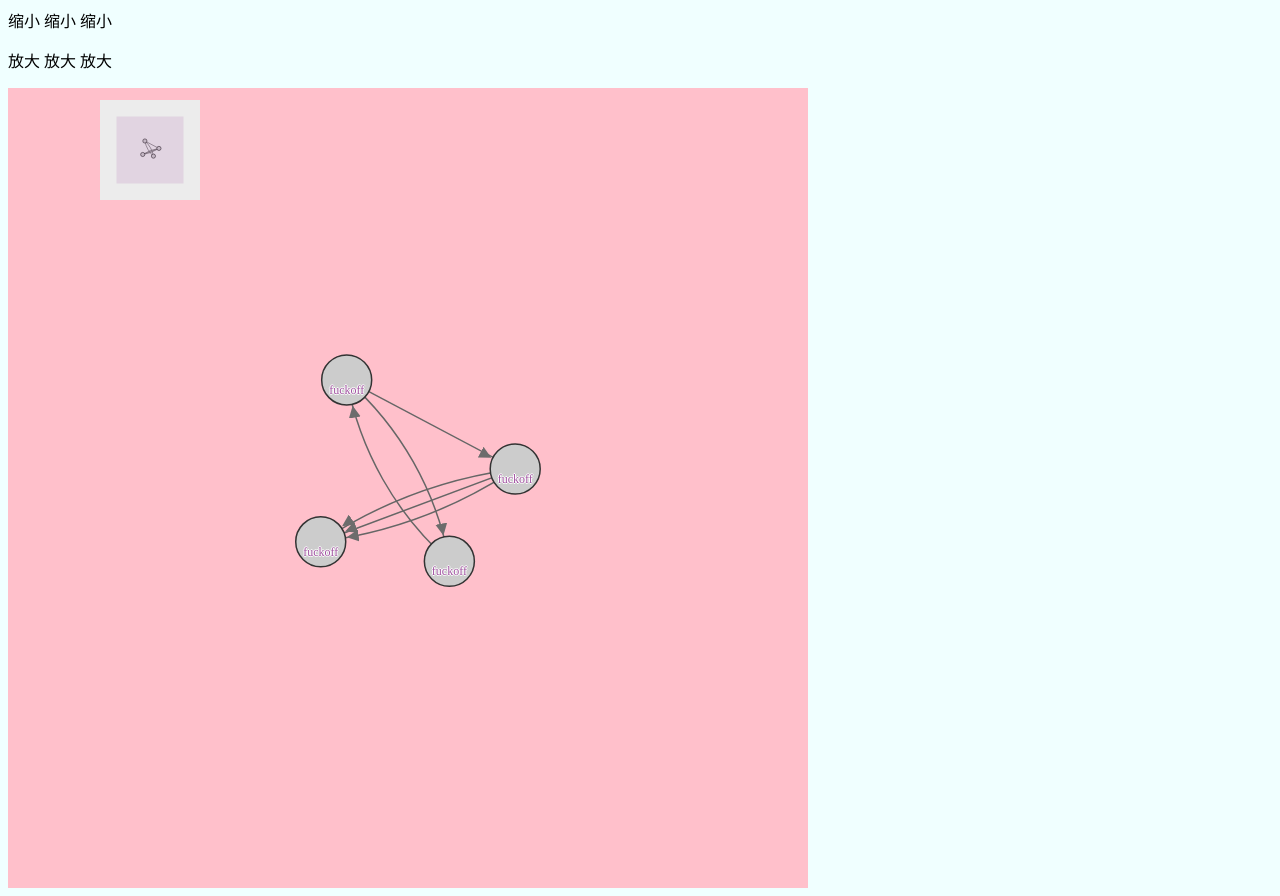
Repository: 467469274/fource
Page: index.html
The author's editor kept a copy of each file at every save. The page is drawn from the files as they stood at one save, then again after the next save.
The browser window is 1280 px wide. The pictures show the whole page.
Some web libraries are served in a nearby version.

Above is the page before, as saved 2020-10-29 17:46:36.

After the next save:
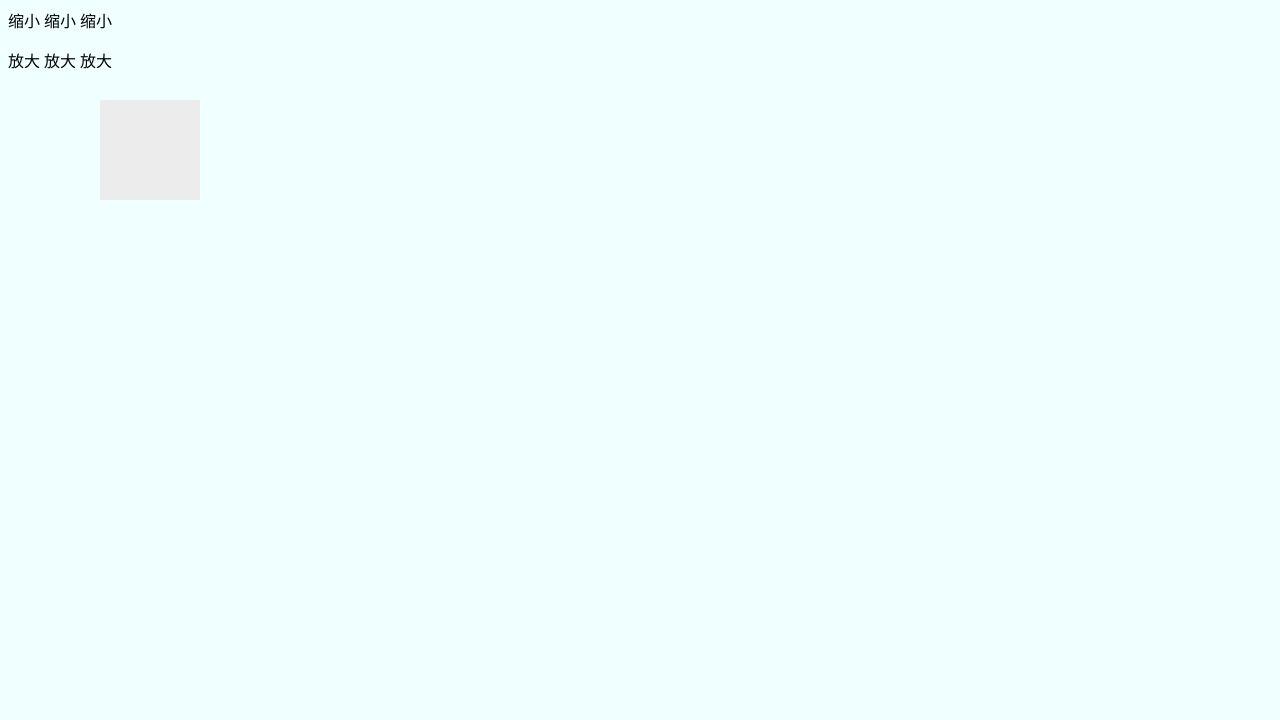
Console error: SyntaxError: Identifier 'willMoveX' has already been declared
Saved 1 s later.
--- a/index.html
+++ b/index.html
@@ -222,7 +222,7 @@
           if(!moveX)moveX = d3.event.sourceEvent.x;
           if(!moveY)moveY = d3.event.sourceEvent.y;
           let willMoveX = moveX - d3.event.sourceEvent.x
-          letwillMoveX = moveX - d3.event.sourceEvent.x
+          let willMoveX = moveX - d3.event.sourceEvent.x
           // moveX = d3.event.sourceEvent.x
           // moveY = d3.event.sourceEvent.y
             // 等于的话相当于与上次的缩放值一致。视为平移

After the save that followed:
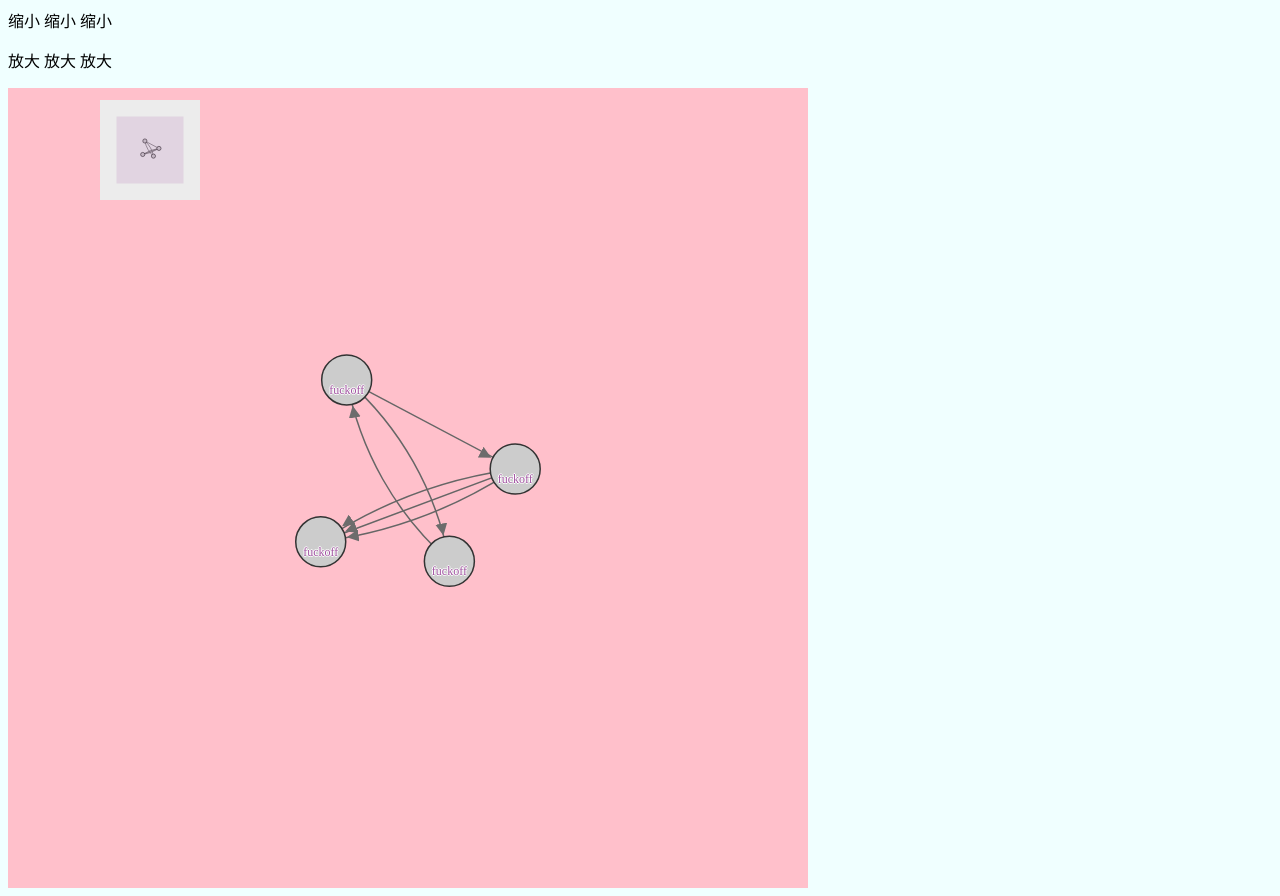
The error is gone.
Saved 19 s later.
--- a/index.html
+++ b/index.html
@@ -222,7 +222,7 @@
           if(!moveX)moveX = d3.event.sourceEvent.x;
           if(!moveY)moveY = d3.event.sourceEvent.y;
           let willMoveX = moveX - d3.event.sourceEvent.x
-          let willMoveX = moveX - d3.event.sourceEvent.x
+          let willMoveY = moveX - d3.event.sourceEvent.x
           // moveX = d3.event.sourceEvent.x
           // moveY = d3.event.sourceEvent.y
             // 等于的话相当于与上次的缩放值一致。视为平移
